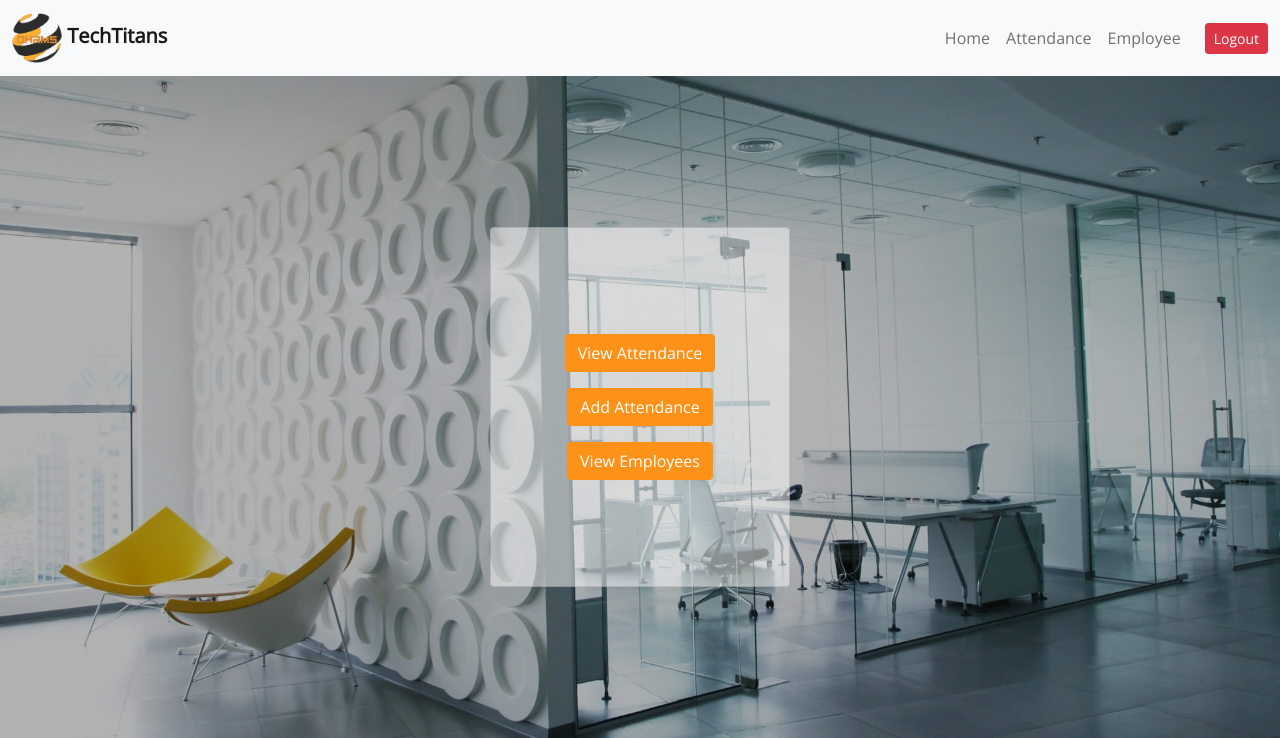
Repository: SaudCh/PHP-OHRMS
Page: http://localhost/admin/index
The author's editor kept a copy of each file at every save. The page is drawn from the files as they stood at one save, then again after the next save.
The browser window is 1280 px wide. The pictures show the whole page.
Some web libraries are served in a nearby version. The page is run by PHP 8.4 with error messages shown; the project is at /var/www/html/. The session is filled in as if someone had signed in: {"admin": "admin@ohrm.com"}.

Above is the page before, as saved 2022-06-07 01:25:44.

After the next save:
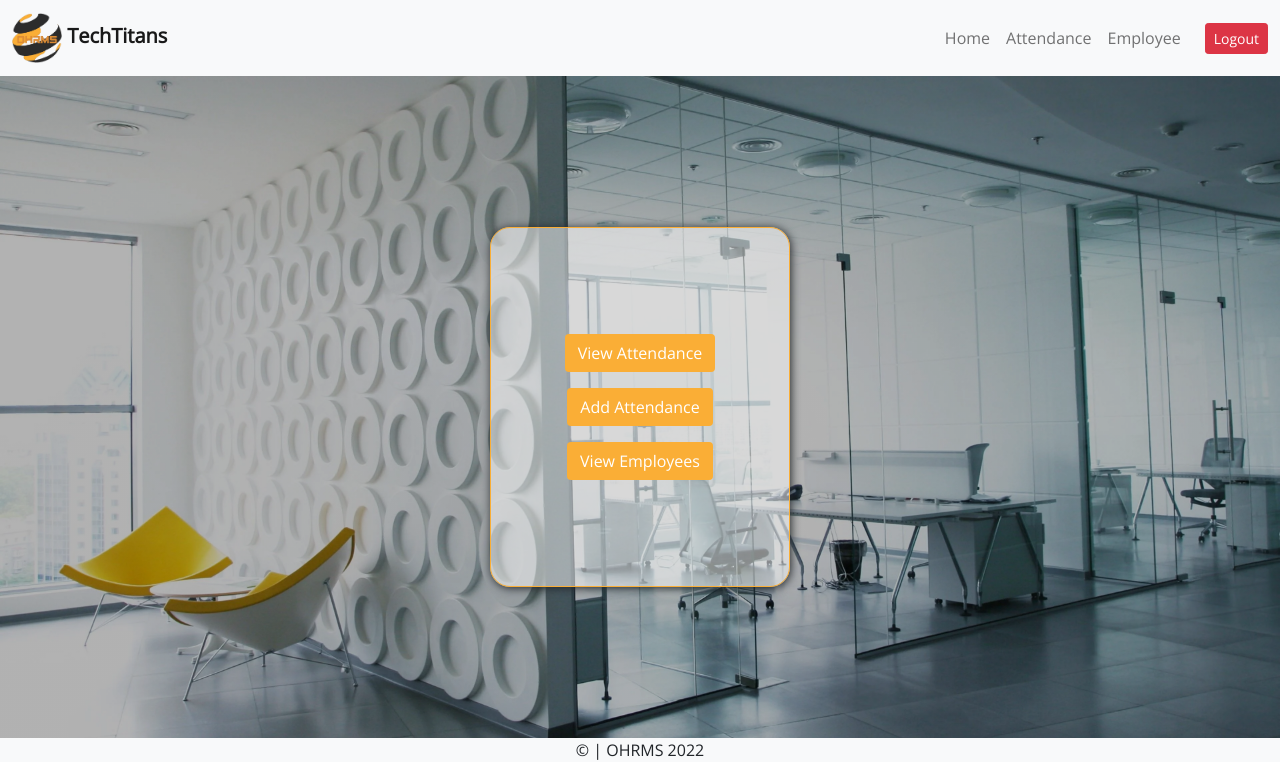
Saved 6 s later.
--- a/admin/index.php
+++ b/admin/index.php
@@ -6,6 +6,7 @@
     <meta http-equiv="X-UA-Compatible" content="IE=edge">
     <meta name="viewport" content="width=device-width, initial-scale=1.0">
     <?php require "../assets/includes/link.includes.php" ?>
+    <link rel="stylesheet" href="./assets/css/admin-styles.css">
     <title>OHRMS</title>
     <style>
         .index-body {
@@ -35,12 +36,14 @@
 <body>
     <?php require "./assets/Components/header.php" ?>
     <div class="index-body">
-        <div class="card">
-            <a class="btn my-2 text-white" style="background-color: #fe9117;" href="attendance">View Attendance</a>
-            <a class="btn my-2 text-white" style="background-color: #fe9117;" href="add-attendance">Add Attendance</a>
-            <a class="btn my-2 text-white" style="background-color: #fe9117;" href="employee">View Employees</a>
+        <div class="card cus-card">
+            <a class="btn my-2 text-white" style="background-color: #faae36;" href="attendance">View Attendance</a>
+            <a class="btn my-2 text-white" style="background-color: #faae36;" href="add-attendance">Add Attendance</a>
+            <a class="btn my-2 text-white" style="background-color: #faae36;" href="employee">View Employees</a>
         </div>
     </div>
+    <?php require "./assets/Components/footer.php" ?>
+
 </body>
 
 </html>
